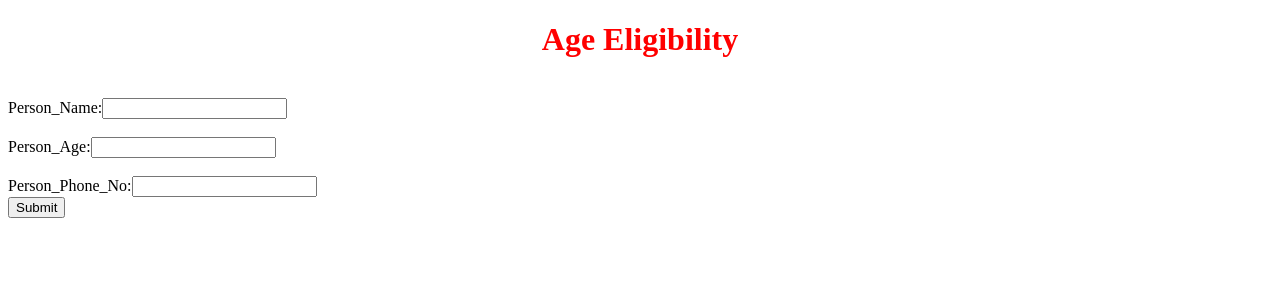
Repository: karan-mohite/WebApp
Page: WebApp Servelet/AgeApp/src/main/webapp/index.html
The author's editor kept a copy of each file at every save. The page is drawn from the files as they stood at one save, then again after the next save.
The browser window is 1280 px wide. The pictures show the whole page.

Above is the page before, as saved 2025-01-24 17:05:49.

After the next save:
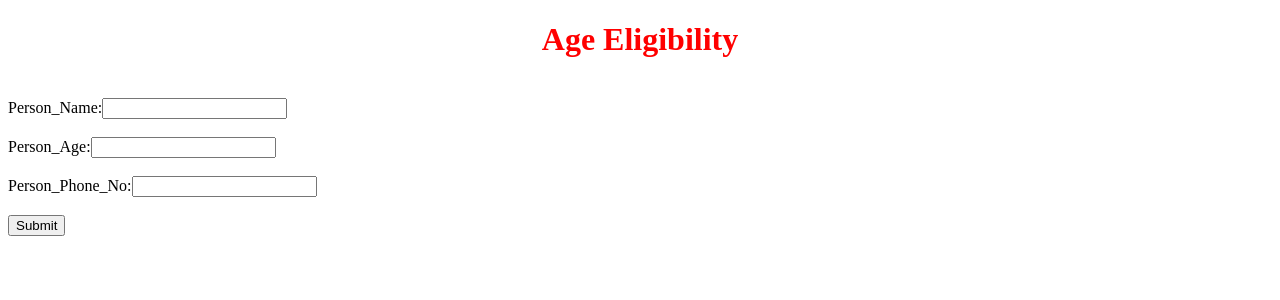
Saved 16 s later.
--- a/WebApp Servelet/AgeApp/src/main/webapp/index.html
+++ b/WebApp Servelet/AgeApp/src/main/webapp/index.html
@@ -16,7 +16,9 @@ Person_Age:<input type="text" name="page">
 <br>
 Person_Phone_No:<input type="text" name="pnum">
 </br>
+<br>
 <input type="submit" value="Submit">
+</br>
 </form>
 </body>
 </html>
